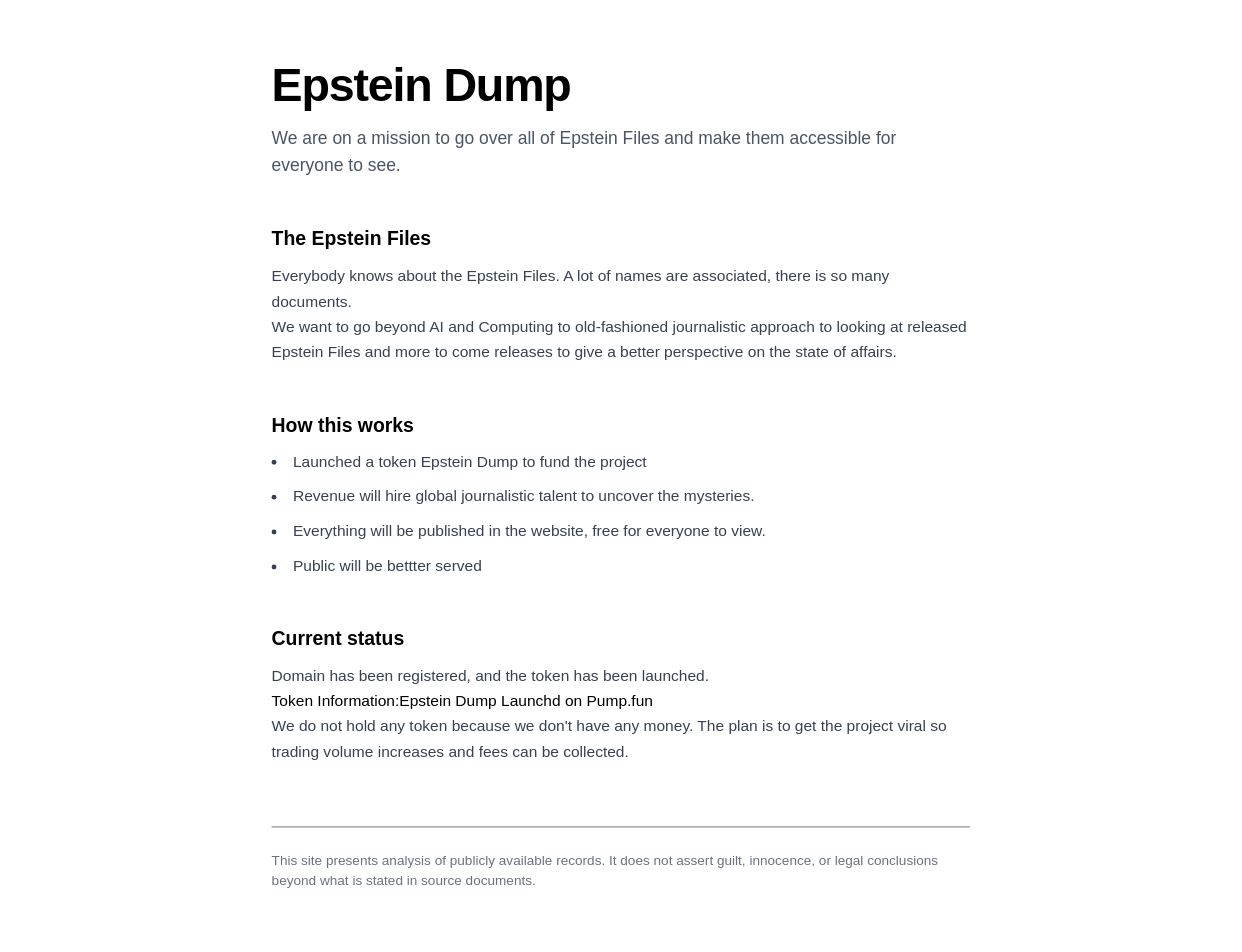
Repository: dayvoid97/epsteindump
Page: /
The author's editor kept a copy of each file at every save. The page is drawn from the files as they stood at one save, then again after the next save.
The browser window is 1280 px wide. The pictures show the whole page, at 97% of full size.
The project was rebuilt for these pictures with package versions that can differ from the ones it lists, and the page was loaded fresh each time. The framework's server and built-in components were replaced by stand-ins that run in the browser. Also part of the build but not shown: next.config.ts.

Above is the page before, as saved 2026-02-02 02:27:25.

After the next save:
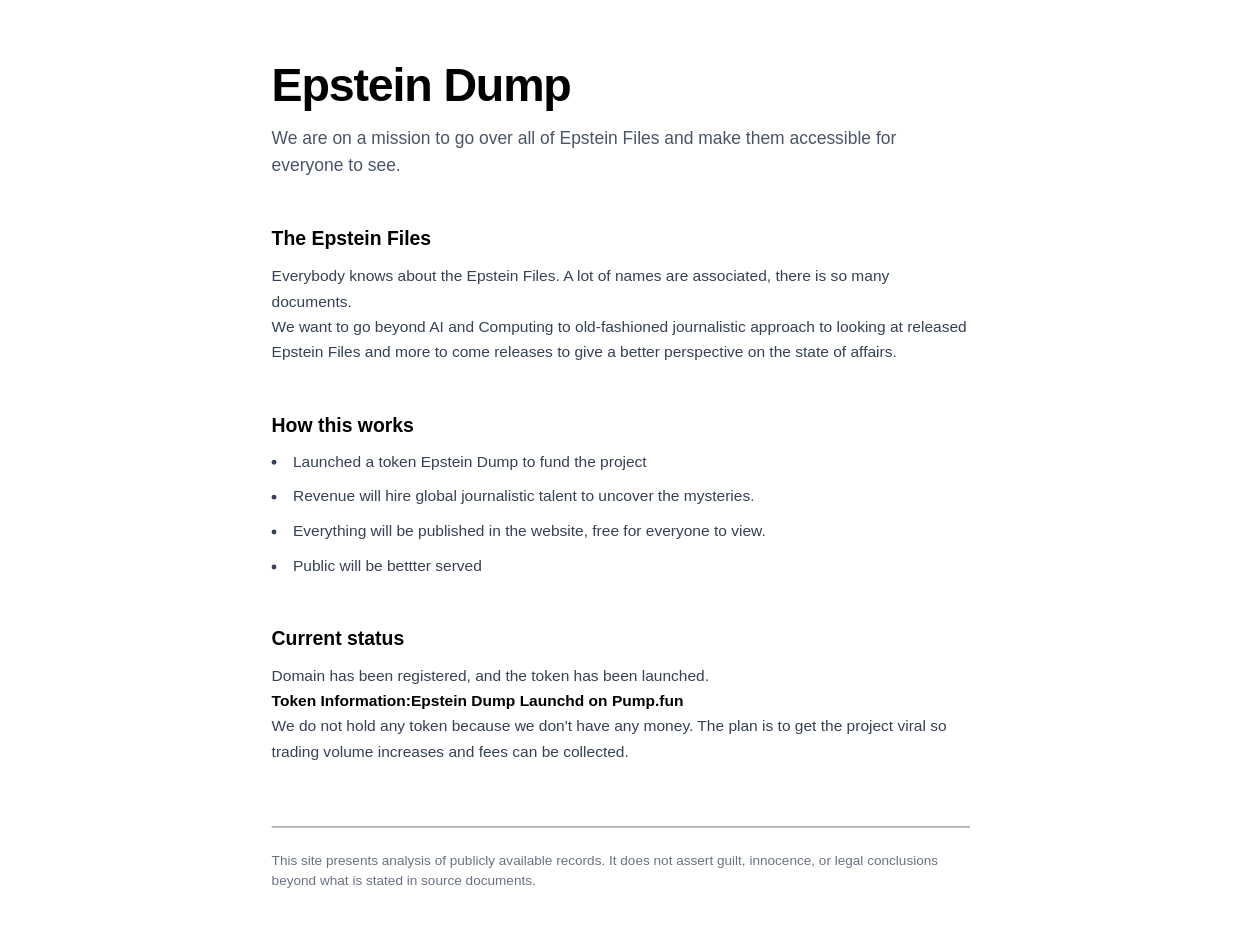
Saved 9 s later.
--- a/app/page.tsx
+++ b/app/page.tsx
@@ -43,7 +43,7 @@
           <p className="text-gray-700 leading-relaxed">
             Domain has been registered, and the token has been launched.
           </p>
-          <p className=" text-bold leading-relaxed">
+          <p className=" font-bold leading-relaxed">
             Token Information:
             <a href="https://pump.fun/coin/AjRmSm4ZyLYUZ9ftCfi5yzLexpvPSRJtbccKJ99Dpump">
               Epstein Dump Launchd on Pump.fun
